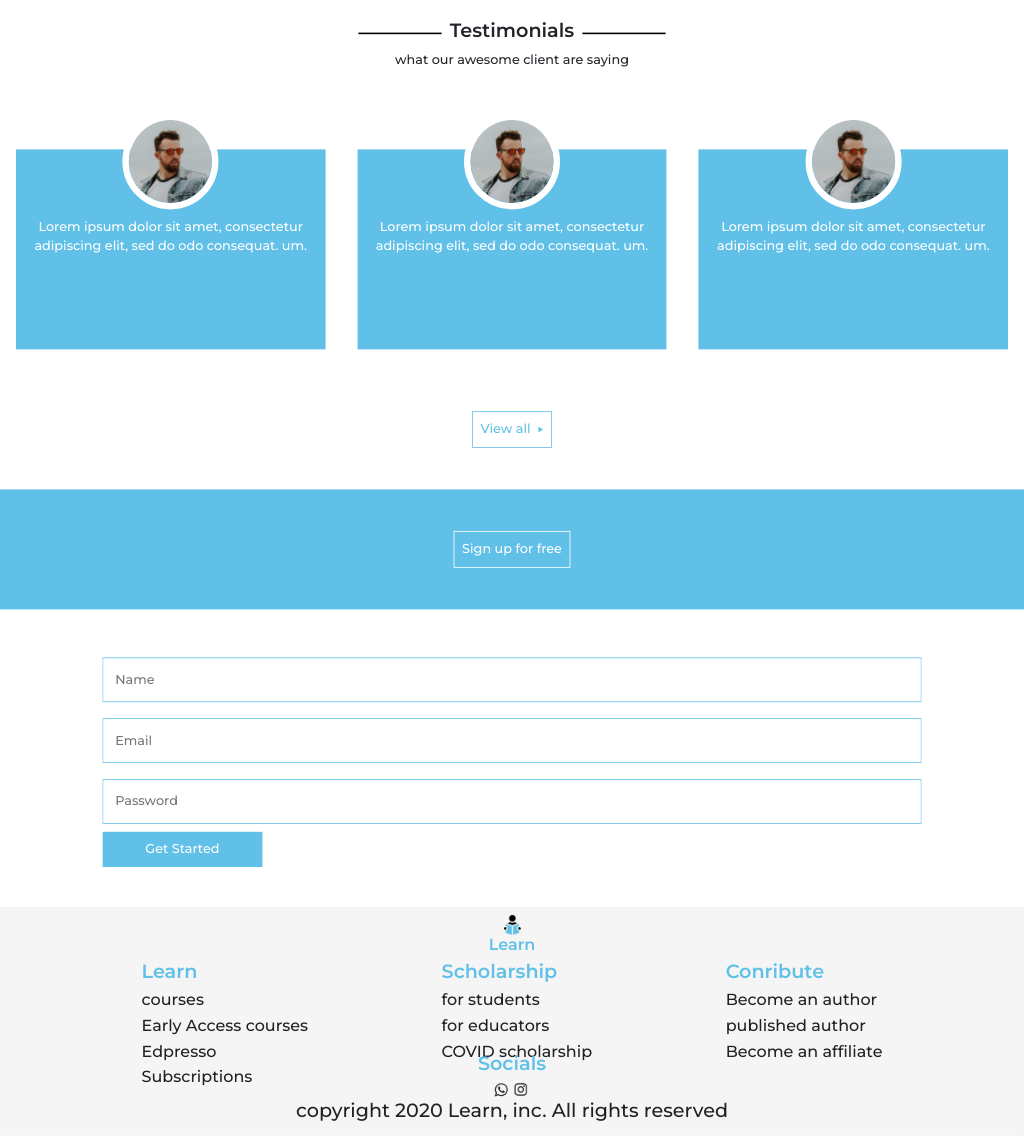
Repository: TiaraOluwanimi/team5
Page: tutor.html
An editor plug-in stored every save of this project. The page is shown before and after the next save, followed by the edit.
The browser window is 1280 px wide. The pictures show the part of the page from y = 1876 to 3296 px (the page is 3296 px tall), at 80% of full size.
A picture or video elsewhere on the page could not be fetched, so the positions and the page height are approximate. Some web libraries are served in a nearby version.

Above is the page before, as saved 2020-08-08 12:29:12.

### tutor.html
<!DOCTYPE html>
<html lang="zxx">
  <head>
    <meta charset="UTF-8" />
    <meta name="viewport" content="width=device-width, initial-scale=1.0" />
    <title>Online Tutoring</title>
    <!-- Custom Css -->
    <link rel="stylesheet" href="./assets/css/header-footer.css" />
    <link rel="stylesheet" href="./assets/css/tutor.css" />
    <link rel="stylesheet" href="./assets/css/testimonial.css" />
    <!-- Favicon -->

    <!---------------------- CDNs----------------- -->
    <!-- Bootstrap CSS CDN -->
    <link
      rel="stylesheet"
      href="https://maxcdn.bootstrapcdn.com/bootstrap/4.0.0/css/bootstrap.min.css"
      integrity="sha384-Gn5384xqQ1aoWXA+058RXPxPg6fy4IWvTNh0E263XmFcJlSAwiGgFAW/dAiS6JXm"
      crossorigin="anonymous"
    />
    <!-- fontawesome CDN -->
    <!-- Google Font -->
    <link href="https://fonts.googleapis.com/css2?family=Montserrat:wght@500;600&display=swap" rel="stylesheet">
    <!-- Font Awesome -->
    <script src="https://kit.fontawesome.com/0f19ba4771.js" crossorigin="anonymous"></script>

</head>

<body>
    <!-- Welcome to this online tutoring website. 😊 -->
    <!--  Header  -->
    <nav class="nav1">
      <a href="#"><img src="./assets/img/logo.png" alt="" /></a>
      <div class="nav1div1">
        <img
          class="searchicon"
          onclick="displaySearchBar()"
          src="./assets/img/search.png"
          alt=""
        />
        <button class="nav1butt1">Log in</button>
        <button class="nav1butt2">Join for free</button>
      </div>
      <div class="nav1div2 display">
        <input
          class="searchbar"
          type="text"
          placeholder="Enter Text here"

        />
      </div>
    </nav>

    <!-- Landing Page -->
    <div class="div1">
        <img class="div1img1" src="./assets/img/hero-img.png" alt="">
        <div class="div1div1">
            <i class="fas fa-play-circle fa-2x div1img2"></i>
            &nbsp;&nbsp;&nbsp;
            <h3 class="div1hh1">TAKE A TOUR</h3>
        </div>
    </div>

    <div class="div2">
        <h1 class="div2hh1">
            LEARN ALL YOU WANT, AT YOUR OWN
            <span class="div2hh2">PACE.</span>
        </h1>
        <h4 class="div2hh3">
            Lorem ipsum dolor sit amet, consectetur
            adipiscing elit, sed do eiusmod tempor
            incididunt ut labore et dolore magna
            aliqua. Ut enim ad minim veniam, quis
            nostrud exercitation ullamco laboris nisi
            ut aliquip ex ea commodo consequat.
        </h4>
        <div class="div2div1">
            <button class="div2butt1">Get Started</button>
        </div>
    </div>
    <!-- join us section -->
    <section id="join-us" class="py-5" style="position: relative;">
        <div style="position: absolute; right: 0px; top:-10px;">
          <img src="./assets/img/Ellipse13.png" alt="" class="img-fluid" >
        </div>
        <div class="container">
          <div class="row">
            <div class="col-12 mx-auto text-center">
              <h4 class="mx-auto sec-head">
                <span><strong>Join Us</strong></span>
              </h4>
              <p>
                Join us for free classes taught by experts. And explore hundreds
                of free online classes.
              </p>
            </div>
            <div class="row py-3">
                <div class="col-md-4 text-center my-3">
                  <div class="box-shadow py-3">
                    <img
                      src="./assets/img/course.png"
                      alt=""
                      class="join-img img-fluid rounded-circle w-50"
                    />
                    <h4 class="my-5"><strong>Choose a Course</strong></h4>
                  </div>
                </div>
                <div class="col-md-4 text-center my-3">
                  <div class="box-shadow py-3">
                    <img
                      src="./assets/img/skillset.png"
                      alt=""
                      class="join-img img-fluid rounded-circle w-50"
                    />
                    <h4 class="my-5"><strong>Grow your skillset</strong></h4>
                  </div>
                </div>
                <div class="col-md-4 text-center my-3">
                  <div class="box-shadow py-3">
                    <img
                      src="./assets/img/mentorship.png"
                      alt=""
                      class="join-img img-fluid rounded-circle w-50"
                    />
                    <h4 class="my-5"><strong>Meet a mentor</strong></h4>
                  </div>
                </div>
                <button
                  class="btn btn-lg btn-outline-primary py-3 px-5 rounded-0 mx-auto"
                >
                  View All
                </button>
              </div>
            </div>
        </div>
          </section>

    <!-- service section -->
    <section id="services" class="py-5" style="position: relative;">
      <div style="position: absolute; left: 0px; top: -30px;">
        <img src="./assets/img/Ellipse10.png" alt="" />
      </div>
      <div
        style="position: absolute; right: 0px; top: 30%; transform: scale(-1);"
      >
        <img src="./assets/img/Ellipse10.png" alt="" />
      </div>
      <div class="container">
        <div class="row">
          <div class="col-12 mx-auto text-center">
            <h4 class="mx-auto sec-head">
              <span><strong>Services</strong></span>
            </h4>
            <p>
              Helping over 5,000 students reach their ultimate goals with our
              special packages.
            </p>
          </div>
        </div>
        <div class="row p-3">
          <div class="col-md-4 text-center py-3">
            <h4><strong>Get help, FAST</strong></h4>
            <img
              src="./assets/img/hourglass1.png"
              alt=""
              class="img-fluid w-25 my-3"
            />
            <p class="my-3" style="font-size: 14px;">
              Lorem ipsum dolor sit amet, consectetur adipiscing elit, sed do
              eiusmod tempor incididunt ut labore et dolore magna aliqua. Ut
              enim ad minim veniam, quis nostrud exercitation ullamco laboris
              nisi ut aliquip ex ea commodo consequat. um.
            </p>
            <h6 class="border py-3 px-1 mx-3 border-primary">
              Learn More <i></i>
            </h6>
          </div>
          <div class="col-md-4 text-center py-3">
            <h4><strong>Personalised tutoring</strong></h4>
            <img
              src="./assets/img/teacher1.png"
              alt=""
              class="img-fluid w-25 my-3"
            />
            <p class="my-3" style="font-size: 14px;">
              Lorem ipsum dolor sit amet, consectetur adipiscing elit, sed do
              eiusmod tempor incididunt ut labore et dolore magna aliqua. Ut
              enim ad minim veniam, quis nostrud exercitation ullamco laboris
              nisi ut aliquip ex ea commodo consequat. um.
            </p>
            <h6 class="border py-3 px-1 mx-3 border-primary">
              Learn More <i></i>
            </h6>
          </div>
          <div class="col-md-4 text-center py-3">
            <h4><strong>80+ Courses</strong></h4>
            <img
              src="./assets/img/test1.png"
              alt=""
              class="img-fluid w-25 my-3"
            />
            <p class="my-3" style="font-size: 14px;">
              Lorem ipsum dolor sit amet, consectetur adipiscing elit, sed do
              eiusmod tempor incididunt ut labore et dolore magna aliqua. Ut
              enim ad minim veniam, quis nostrud exercitation ullamco laboris
              nisi ut aliquip ex ea commodo consequat. um.
            </p>
            <h6 class="border py-3 px-1 mx-3 mx-lg-1 border-primary">
              Learn More <i></i>
            </h6>
          </div>
        </div>
      </div>
    </section>
    <!-- Testimonial section -->
    <section>
      <div>
        <div class="testimonial-heading">
          <div>
            <h4 class="mx-auto sec-head">
              <span><strong>Testimonials</strong></span>
            </h4>
          </div>
          <p>what our awesome client are saying</p>
        </div>
        <div  id="testimonial-details">
          <div class="testimonial-card">
            <img src="./assets/img/Ellipse7.png" alt="">
            <div class="testimonial-statement">

              <p>Lorem ipsum dolor sit amet, consectetur adipiscing elit, sed do odo consequat. um.</p>
            </div>

          </div>
          <div class="testimonial-card">
            <img src="./assets/img/Ellipse7.png" alt="">
            <div class="testimonial-statement">
              <p>Lorem ipsum dolor sit amet, consectetur adipiscing elit, sed do odo consequat. um.</p>
            </div>

          </div>
          <div class="testimonial-card">
            <img src="./assets/img/Ellipse7.png" alt="">
            <div class="testimonial-statement">
              <p>Lorem ipsum dolor sit amet, consectetur adipiscing elit, sed do odo consequat. um.</p>
            </div>

          </div>

        </div>
        <div id="view-all-button">

          <button>View all<img src="./assets/img/polygonImg.png" alt="A play "/></button>
        </div>

        <div id="sign-button">

          <button>Sign up for free</button>
        </div>
        <div class="testimonial-container">
          <form >
            <input type="text" placeholder="Name">
            <input type="email" placeholder="Email">
            <input type="password" placeholder="Password">
            <button>Get Started</button>
          </form>
        </div>
      </div>
    </section>
    <!--  Footer  -->
    <footer class="footer1">
      <div class="footer1div1">
        <img class="footer1img1" src="./assets/img/logo.png" alt="" />
        <h5 class="footer1hh1">Learn</h5>
      </div>

      <div class="footer1div2">
        <div class="footer1div3">
          <h4 class="footer1hh2">Learn</h4>
          <a href="" class="footer1link1"
            ><h5 class="footer1hh3">courses</h5></a
          >
          <a href="" class="footer1link1"
            ><h5 class="footer1hh3">Early Access courses</h5></a
          >
          <a href="" class="footer1link1"
            ><h5 class="footer1hh3">Edpresso</h5></a
          >
          <a href="" class="footer1link1"
            ><h5 class="footer1hh3">Subscriptions</h5></a
          >
        </div>
        <div class="footer1div4">
          <h4 class="footer1hh2">Scholarship</h4>
          <a href="" class="footer1link1"
            ><h5 class="footer1hh3">for students</h5></a
          >
          <a href="" class="footer1link1"
            ><h5 class="footer1hh3">for educators</h5></a
          >
          <a href="" class="footer1link1"
            ><h5 class="footer1hh3">COVID scholarship</h5></a
          >
        </div>
        <div class="footer1div5">
          <h4 class="footer1hh2">Conribute</h4>
          <a href="" class="footer1link1"
            ><h5 class="footer1hh3">Become an author</h5></a
          >
          <a href="" class="footer1link1"
            ><h5 class="footer1hh3">published author</h5></a
          >
          <a href="" class="footer1link1"
            ><h5 class="footer1hh3">Become an affiliate</h5></a
          >
        </div>
      </div>

      <div class="footer1div6">
        <h4 class="footer1hh2 redd">Socials</h4>
        <a href="#"><img src="./assets/img/whatsapp.png" alt="" /></a>
        <a href="#"><img src="./assets/img/instagram.png" alt="" /></a>
      </div>

      <h4 class="footer1hh4">
        copyright 2020 Learn, inc. All rights reserved
      </h4>
    </footer>

    <!---------------------- CDNs----------------- -->
    <!-- jQuery CDN -->
    <script
      src="https://code.jquery.com/jquery-3.2.1.slim.min.js"
      integrity="sha384-KJ3o2DKtIkvYIK3UENzmM7KCkRr/rE9/Qpg6aAZGJwFDMVNA/GpGFF93hXpG5KkN"
      crossorigin="anonymous"
    ></script>
    <!-- ajax CDN -->
    <script
      src="https://cdnjs.cloudflare.com/ajax/libs/popper.js/1.12.9/umd/popper.min.js"
      integrity="sha384-ApNbgh9B+Y1QKtv3Rn7W3mgPxhU9K/ScQsAP7hUibX39j7fakFPskvXusvfa0b4Q"
      crossorigin="anonymous"
    ></script>
    <!-- BootstrapJS CDN -->
    <script
      src="https://maxcdn.bootstrapcdn.com/bootstrap/4.0.0/js/bootstrap.min.js"
      integrity="sha384-JZR6Spejh4U02d8jOt6vLEHfe/JQGiRRSQQxSfFWpi1MquVdAyjUar5+76PVCmYl"
      crossorigin="anonymous"
    ></script>
    <!-- Custom Javascript Links -->
    <script src="./assets/js/tutor.js"></script>
  </body>
</html>

### assets/css/header-footer.css

/*  Header Navbar */
body{
  margin: 0;
}
.nav1{
   margin: 10px;
}
.nav1div1{
    display: inline;
    float: right;
}
.nav1butt1{
    color: #212121;
    border-color: #212121;
    border-width: 1px;
    background-color: #FFFFFF;
    padding: 7px 7px;
    font-family: 'Montserrat', sans-serif;
    font-weight: 500;
    outline: none;
    margin-left: 35px;
}
.nav1butt2{
    color: #FFFFFF;
    border-color: #60C0E8;
    border: none;
    background-color: #60C0E8;
    padding: 8px 7px;
    font-family: 'Montserrat', sans-serif;
    font-weight: 500;
    outline: none;
    margin-left: 8px;
}
.nav1butt1:hover{
    background-color: #f0f0f0;
      cursor: pointer;
}
.nav1butt2:hover{
    background-color: #60adce;
    cursor: pointer;
}
.searchicon:hover{
    cursor: pointer;
}
.nav1div2{
    text-align: center;
    width: 100%;
    margin-top: 10px;
}
.searchbar{
    width: 60%;
    font-family: 'Montserrat', sans-serif;
    outline: none;
    border-radius: 10px;
    padding: 10px;
    border-width: 1px;
}
.footer1link1{
    text-decoration: none;
}
.display{
    display: none;
}



/*  Footer  */
.footer1{
    padding: 10px;
    background-color: #F5F5F5;
}
.footer1div1{
    text-align: center;
}
.footer1hh1{
    margin-top: 0px;
    font-family: 'Montserrat', sans-serif;
    color: #60C0E8;
    font-weight: 600;
}
.footer1div2{
    display: flex;
    flex-direction:row;
    justify-content: space-evenly;
}
.footer1hh2{
    font-family: 'Montserrat', sans-serif;
    color: #60C0E8;
    font-weight: 600;
}
.footer1hh3{
    font-family: 'Montserrat', sans-serif;
    color: #212121;
    font-weight: normal;
}
.footer1div6{
    text-align: center;
    margin-top: -50px;
}
.redd{
    margin-bottom: 5px;
}
.footer1hh4{
    text-align: center;
    font-family: 'Montserrat', sans-serif;
    color: #212121;
    font-style: normal;
    font-weight: 500;
}

/* Footer Media Queries */
@media only screen and (max-width: 399px) {
    .footer1div2{
        flex-direction: column;
        align-items: center;
    }
    .footer1div6{
        text-align: center;
        margin-top: -10px;
    }
}

### assets/css/tutor.css
* {
  font-family: "Montserrat", sans-serif;
}
.div1 {
  margin: 10px;
  text-align: center;
}
.div1div1 {
  width: 100%;
  display: flex;
  justify-content: center;
  background-color: #60c0e8;
  margin-top: -5px;
}
.div1img1 {
  width: 100%;
  height: 350px;
}
.div1img2 {
  padding-top: 15px;
  color: #ffffff;
}
.div1div1:hover {
  background-color: #60adce;
  cursor: pointer;
}
.div1hh1 {
  font-family: "Montserrat", sans-serif;
  font-weight: 600;
  color: #ffffff;
}

.div2 {
  margin: 10px;
}
.div2hh1 {
  font-family: "Montserrat", sans-serif;
  text-align: center;
  color: #3a3a3a;
  font-weight: bold;
}
.div2hh2 {
  color: #60c0e8;
}
.div2hh3 {
  font-family: "Montserrat", sans-serif;
  text-align: center;
  color: #000000;
  font-weight: 500;
}
.div2div1 {
  text-align: center;
}
.div2butt1 {
  background-color: #60c0e8;
  font-weight: 500;
  color: #ffffff;
  border: none;
  outline: none;
  padding: 15px 30px;
  font-size: large;
}
.div2butt1:hover {
  background-color: #60adce;
  cursor: pointer;
}

/* this handles the line in each section heading  */
.sec-head {
  width: 30%;
  text-align: center;
  border-bottom: 2px solid #000;
  line-height: 0.1em;
  margin: 10px 0 20px;
}
.sec-head span {
  background: #fff;
  padding: 0 10px;
}
/* join us images border */
.join-img {
  border: 5px solid #60c0e8 !important;
}
/* box shadow */
.box-shadow {
  box-shadow: 0px 5px 30px 0.5px #e6e6e6;
}
.box-shadow:hover {
  box-shadow: 0px 5px 30px 5px #c7c7c7;
}

@media screen and (max-width: 320px) {
  .sec-head {
    width: 70%;
  }
}

### assets/css/testimonial.css
.testimonial-heading{
    text-align:center;
    margin-bottom: 50px;;
}
.testimonial-card{
    text-align: center;
    height:250px;
    width:500px;
    padding:15px;
    position: relative;
    background-color: #60C0E8;
    margin: 50px 20px 25px;


}
.testimonial-card img{
    margin-top:-60px;

    width:120px;
    border: 8px solid white;
    border-radius: 100%;

}
.testimonial-statement{
    color:#fff;
    margin:10px 0;
}


.testimonial-container{
    width:90%;
    margin:0 auto;
    overflow: hidden;
}

#sign-button{
    background: #60C0E8;
    width:100%;
    height:150px;
    display: flex;
    align-items: center;
    justify-content: center;
}
#sign-button button{
    background:#60C0E8;
    color:#fff;
    padding:10px;
    border:1px solid #fff;
    transition: ease 1s;
}
#sign-button button:hover{
    background:#fff;
    color:#60C0E8;
  ;
}
#view-all-button{

    width:100%;
    height:150px;
    display: flex;
    align-items: center;
    justify-content: center;
}
#view-all-button button{
    background: #fff;
    padding:10px;
    color:#60C0E8;
    padding:10px;
    border:1px solid #60C0E8;
    transition: ease 1s;
}
#view-all-button button img{
    margin-left:10px;
}
#view-all-button button:hover{
    background:#fff;
    color:#60C0E8;
  ;
}
form{
    box-sizing: border-box;
    margin:50px 0;
}
form input{
    width:100%;
    margin:10px 0;
    padding:15px;
    border: 1px solid #60C0E8;
    box-sizing: border-box;
}

form button{
    width:200px;
    margin: 0 auto;
    background: #60C0E8;
    color:#fff;
    padding:10px;
    border:none;
}
@media(max-width:759px){
    #testimonial-details{
        display:flex;
        flex-direction: row;
        justify-content: space-around;
        flex-wrap:nowrap;
        overflow-x: scroll;
    }
    .testimonial-card{
        text-align: center;
        height:156px;
        padding:15px;
        position: relative;
        background-color: #60C0E8;
        margin: 50px 20px 25px;


    }
}
@media(min-width:760px){
    .testimonial-container{
        width:80%;
        margin:0 auto;
        overflow: hidden;
    }
    #testimonial-details{
        display:flex;
        justify-content: space-around;
        flex-wrap:nowrap;

    }
}

### assets/js/tutor.js

function displaySearchBar(){
    document.querySelector(".nav1div2").classList.toggle("display");
}

After the next save:
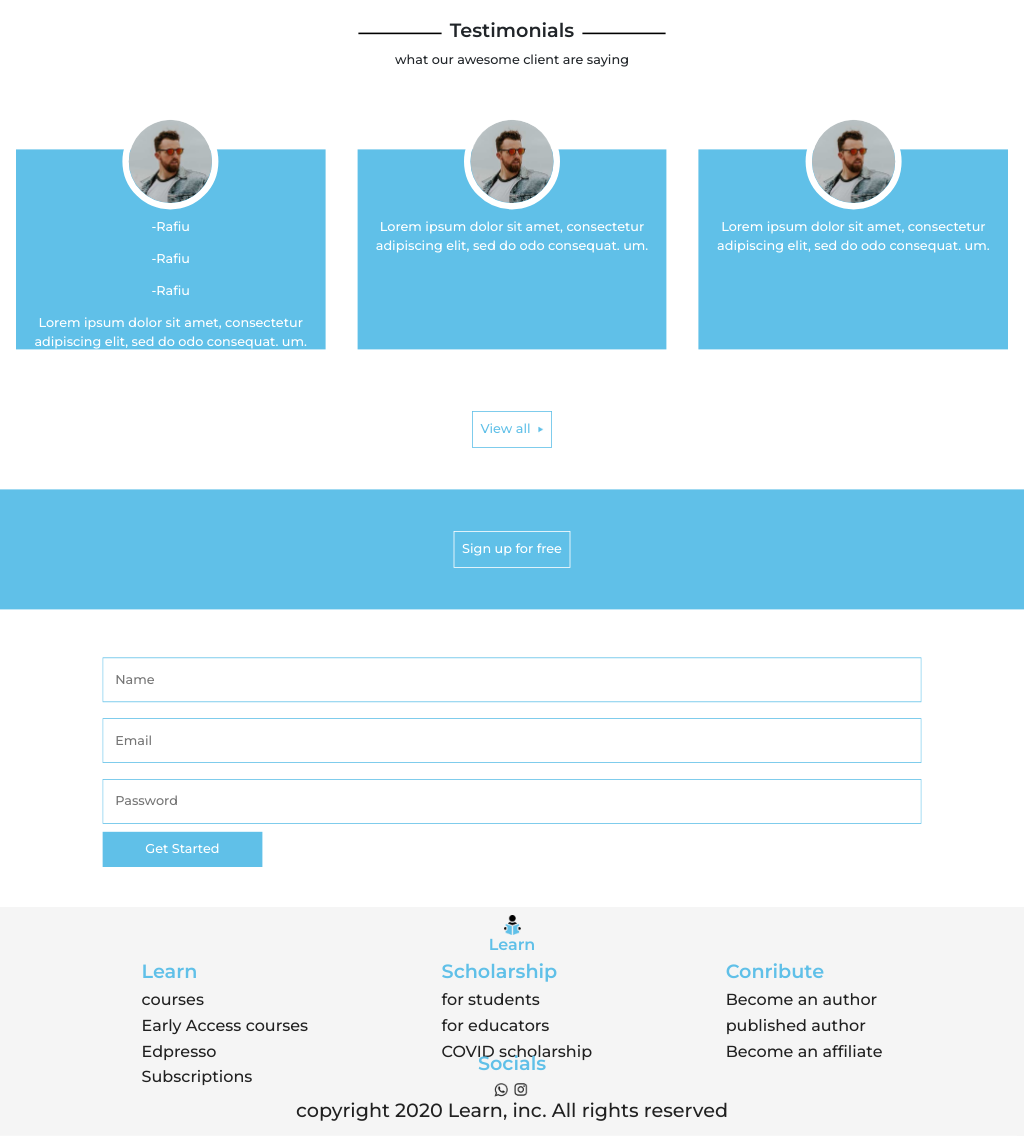
Saved 6 s later.
--- a/tutor.html
+++ b/tutor.html
@@ -227,7 +227,9 @@
           <div class="testimonial-card">
             <img src="./assets/img/Ellipse7.png" alt="">
             <div class="testimonial-statement">
-
+              <p>-Rafiu</p>
+<p>-Rafiu</p>
+<p>-Rafiu</p>
               <p>Lorem ipsum dolor sit amet, consectetur adipiscing elit, sed do odo consequat. um.</p>
             </div>
 
